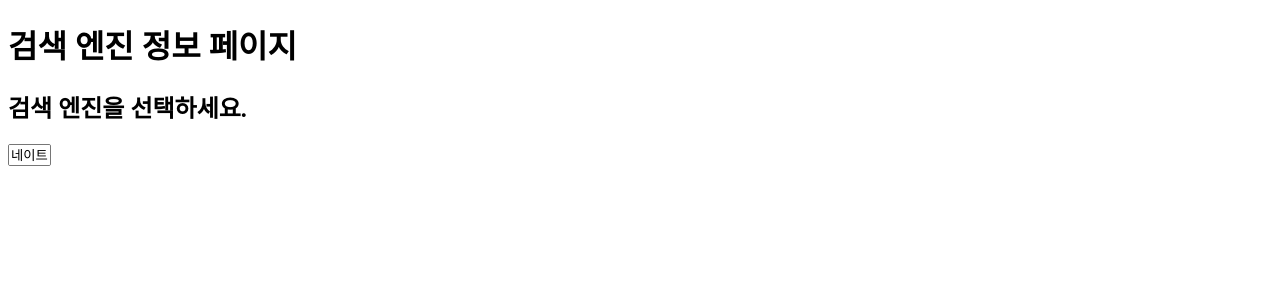
Repository: Endki/self_study_wep
Page: http://localhost/self-study-04/move.jsp
The author's editor kept a copy of each file at every save. The page is drawn from the files as they stood at one save, then again after the next save.
The browser window is 1280 px wide. The pictures show the whole page.
The page is served by Tomcat 9.

Above is the page before, as saved 2018-08-02 08:06:40.

### self_study/self-study-04/WebContent/move.jsp
<%@ page language="java" contentType="text/html; charset=UTF-8"
    pageEncoding="UTF-8"%>
<!DOCTYPE html>
<html>
<head>
<meta charset="UTF-8">
<title>go_to_wepsite</title>
</head>
<body>
<h1>검색 엔진 정보 페이지</h1>
<h2>검색 엔진을 선택하세요.</h2>
<form action="move_redirect.jsp" method="post">
	<table>
		<tr>
		<select id="wepsite" name="wepsite" size="1" multiple="multiple">
			<option value="네이트">네이트</option>
			<option value="다음">다음</option>
			<option value="구글">구글</option>
			<option value="네이트">네이트</option>
		</select>
</tr>
</table>



</form>


</body>
</html>

After the next save:
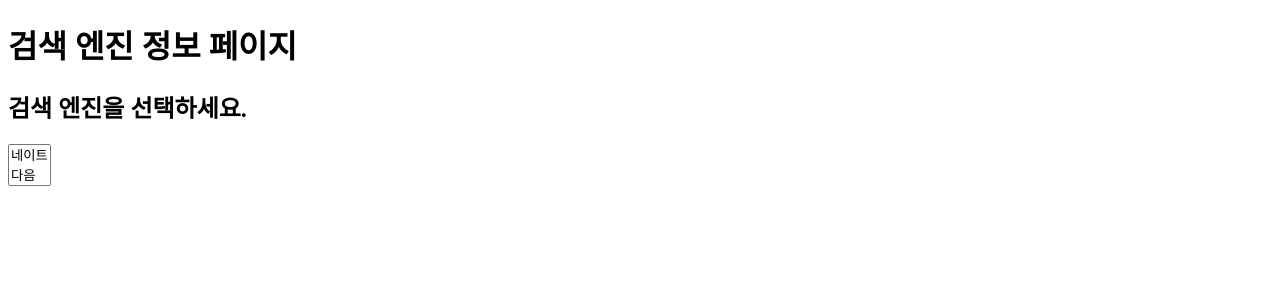
Saved 34 s later.
--- a/self_study/self-study-04/WebContent/move.jsp
+++ b/self_study/self-study-04/WebContent/move.jsp
@@ -12,7 +12,7 @@
 <form action="move_redirect.jsp" method="post">
 	<table>
 		<tr>
-		<select id="wepsite" name="wepsite" size="1" multiple="multiple">
+		<select id="wepsite" name="wepsite" size="2" multiple="multiple">
 			<option value="네이트">네이트</option>
 			<option value="다음">다음</option>
 			<option value="구글">구글</option>
